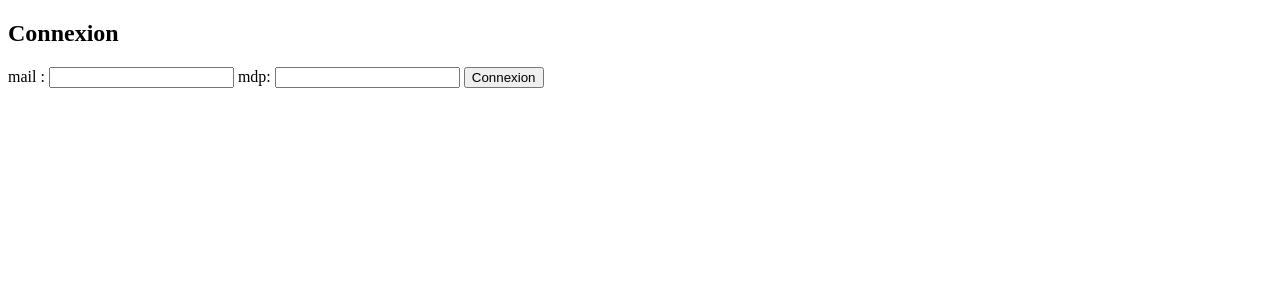
Repository: Shakibaei-2020/CRA_JEE_FINAL
Page: http://localhost/jee_crainfocom/ControleConnexion
An editor plug-in stored every save of this project. The page is shown before and after the next save, followed by the edit.
The browser window is 1280 px wide. The pictures show the whole page.
The page is served by Tomcat 9. Other server files are loaded and not shown.

Above is the page before, as saved 2021-04-02 11:13:13.

### CRA_JEE_FINAL/jee_crainfocom/src/main/webapp/WEB-INF/Connexion.jsp
<%@ page language="java" contentType="text/html; charset=ISO-8859-1"
    pageEncoding="ISO-8859-1"%>
<!DOCTYPE html>
<html>
<head>
<meta charset="ISO-8859-1">
<title>Insert title here</title>
</head>
<body>

 <h2>Connexion</h2>
 <form method="post" action="ControleConnexion">

            <label for="mailCo">mail : </label>
            <input type="text" name="mailCo" id="mailCo" />

            <label for="mdpCo">mdp: </label>
            <input type="password" name="mdpCo" id="mdpCo" />

            <input type="submit" value="Connexion" />
</form>

</body>
</html>

### CRA_JEE_FINAL/jee_crainfocom/src/main/java/com/infocom/controller/Collaborateur/ControleConnexion.java
package com.infocom.controller.Collaborateur;

import java.io.IOException;
import java.sql.SQLException;

import javax.servlet.ServletException;
import javax.servlet.annotation.WebServlet;
import javax.servlet.http.HttpServlet;
import javax.servlet.http.HttpServletRequest;
import javax.servlet.http.HttpServletResponse;

import com.infocom.model.Collaborateur;
import com.infocom.model.DAO.CollaborateurDAO;

@WebServlet("/ControleConnexion")
public class ControleConnexion extends HttpServlet {
	private static final long serialVersionUID = 1L;

	public ControleConnexion() {
		super();
	}

	protected void doGet(HttpServletRequest request, HttpServletResponse response)
			throws ServletException, IOException {

		this.getServletContext().getRequestDispatcher("/WEB-INF/Connexion.jsp").forward(request, response);
	}

	protected void doPost(HttpServletRequest request, HttpServletResponse response)
			throws ServletException, IOException {

		String mailCo = request.getParameter("mailCo");
		String mdpCo = request.getParameter("mdpCo");

		request.setAttribute("mailCo", mailCo);
		request.setAttribute("mdpCo", mdpCo);

		CollaborateurDAO connect = new CollaborateurDAO();

		Collaborateur collaborateur = null;
		try {
			collaborateur = connect.ConnectCollab(mailCo);
		} catch (SQLException e) {
			e.printStackTrace();
		}

		String mail = collaborateur.getMail();
		String mdp = collaborateur.getMdp();
		boolean type = collaborateur.getType();


		if (mail.equals(mailCo) && mdp.equals(mdpCo) && type == false) {
			this.getServletContext().getRequestDispatcher("/WEB-INF/AccueilInterne.jsp").forward(request, response);
			return;

		} else if (mail.equals(mailCo) && mdp.equals(mdpCo) && type == true) {
			this.getServletContext().getRequestDispatcher("/WEB-INF/AccueilAdmin.jsp").forward(request, response);
			return;

		}
		this.getServletContext().getRequestDispatcher("/WEB-INF/Connexion.jsp").forward(request, response);

	}

}

After the next save:
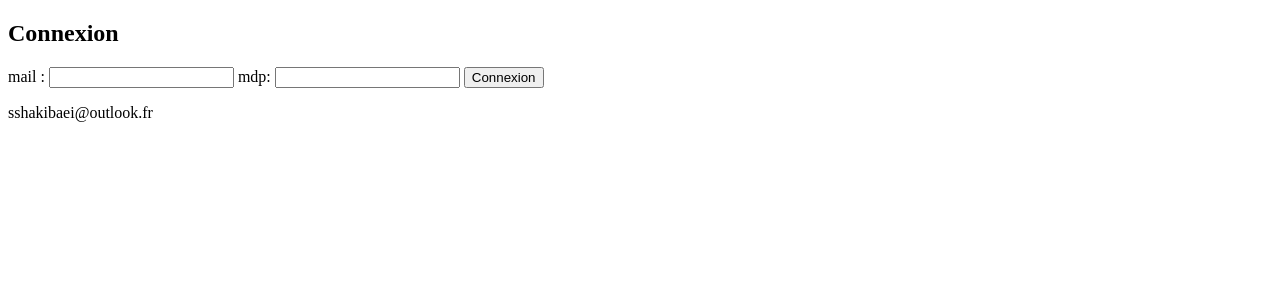
Saved 31 s later.
--- a/CRA_JEE_FINAL/jee_crainfocom/src/main/webapp/WEB-INF/Connexion.jsp
+++ b/CRA_JEE_FINAL/jee_crainfocom/src/main/webapp/WEB-INF/Connexion.jsp
@@ -18,6 +18,8 @@
             <input type="password" name="mdpCo" id="mdpCo" />
 
             <input type="submit" value="Connexion" />
+
+            <p>sshakibaei@outlook.fr</p>
 </form>
 
 </body>
